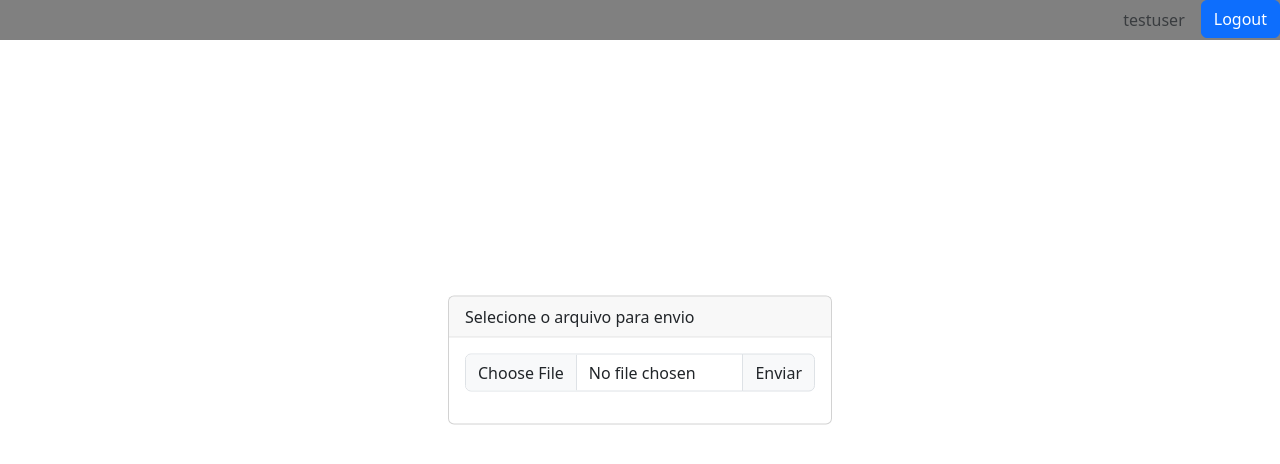
Repository: vandrecx/utilitaries
Page: http://localhost/login_archive/userpage.php
The author's editor kept a copy of each file at every save. The page is drawn from the files as they stood at one save, then again after the next save.
The browser window is 1280 px wide. The pictures show the whole page.
The page is run by PHP 8.4 with error messages shown; the project is at /var/www/html/. The session is filled in as if someone had signed in: {"ID": "testuser", "Email": "test@example.com", "Name": "testuser", "Cargo": "User"}.

Above is the page before, as saved 2024-04-25 14:09:06.

After the next save:
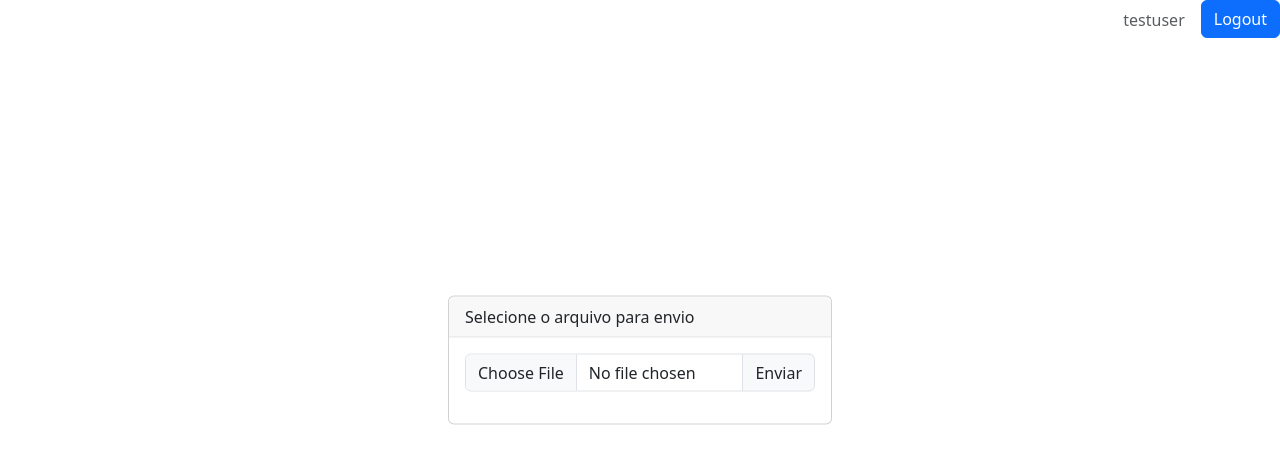
Saved 3 s later.
--- a/login_archive/userpage.php
+++ b/login_archive/userpage.php
@@ -24,7 +24,7 @@ if (!isset($_SESSION['ID']) || $_SESSION['Cargo'] !== "User") {
     <title>Página do Usuário</title>
 </head>
 <body>
-    <ul class="nav justify-content-end" style="background-color: grey">
+    <ul class="nav justify-content-end">
         <li class="nav-item">
             <a class="nav-link disabled" aria-current="page" ><?php echo "$user_name"?></a>
         </li>
